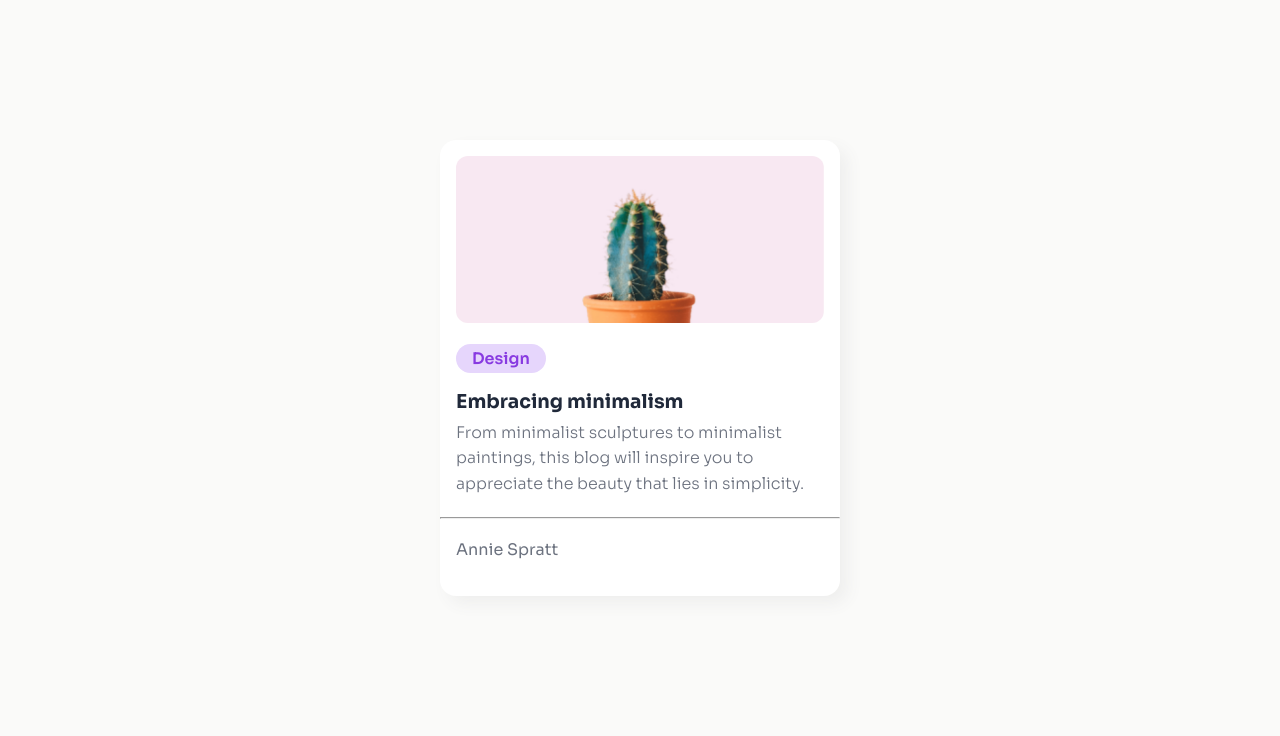
Repository: PCGP22/devChallengesio
Page: 01 - Minimal Blog Card/blogCard.html
These files come from the project's save history. The page is drawn as it stood at one moment and after the next save; the edit follows.
The browser window is 1280 px wide. The pictures show the whole page.

Above is the page before, as saved 2024-01-01 20:08:09.

### 01 - Minimal Blog Card/blogCard.html
<!DOCTYPE html>
<html lang="en">
<head>
    <link rel="stylesheet" type="text/css" href="styles.css">
    <meta charset="UTF-8">
    <meta name="viewport" content="width=device-width, initial-scale=1.0">
    <title>Document</title>
</head>
<body>
    <div class="card">
        <img src="./cactus_img.jpg" alt="cactus image">
        <p class="tag">Design</p>
        <h1>Embracing minimalism</h1>
        <p class="text">From minimalist sculptures to minimalist paintings, this blog will inspire you to appreciate the beauty that lies in simplicity.</p>
        <hr/>
        <p class="author">Annie Spratt</p>
    </div>
</body>
</html>

### 01 - Minimal Blog Card/styles.css
@import url('https://fonts.googleapis.com/css2?family=Prata&family=Sora:wght@300;400;500;600;700&display=swap');

:root{
    --purple_text: #883AE1;
    --purple_background: #E6D6FC;
    --line: #E5EAF0;
    --body_background: #FAFAF9;
    --card_background: #FFFFFF;
    --text_title: #20293A;
    --text_body: #6C727F;
    --shadow: #efefee;

    --card_width: 368px;

    font-family: 'Sora', sans-serif;;
    color: var(--text_title);
}

body{
    background-color: var(--body_background);
    display: grid;
    place-content: center;
    min-height: 100svh;
}

.card{
    background-color: var(--card_background);
    padding: 16px;
    max-width: var(--card_width);
    border-radius: 16px;
    box-shadow: var(--shadow) 8px 8px 16px;
}

.card img{
    width: 100%;
    border-radius: 12px;
}

.tag{
    display: inline-block;
    background-color: var(--purple_background);
    color: var(--purple_text);
    font-weight: 600;
    padding: 4px 16px;
    border-radius: 16px;
    margin-block: 16px;
}

h1{
    font-size: 1.2em;
    margin-top: 0;
    margin-bottom: 6px;
}

.text{
    margin-top: 0;
    margin-bottom: 20px;
    color: var(--text_body);
    font-weight: 300;
    line-height: 1.6em;
}

hr{
    color: var(--line);
    margin-inline: -16px;
    margin-block: 0;
}

.author{
    color: var(--text_body);
    margin-block: 20px;
}

After the next save:
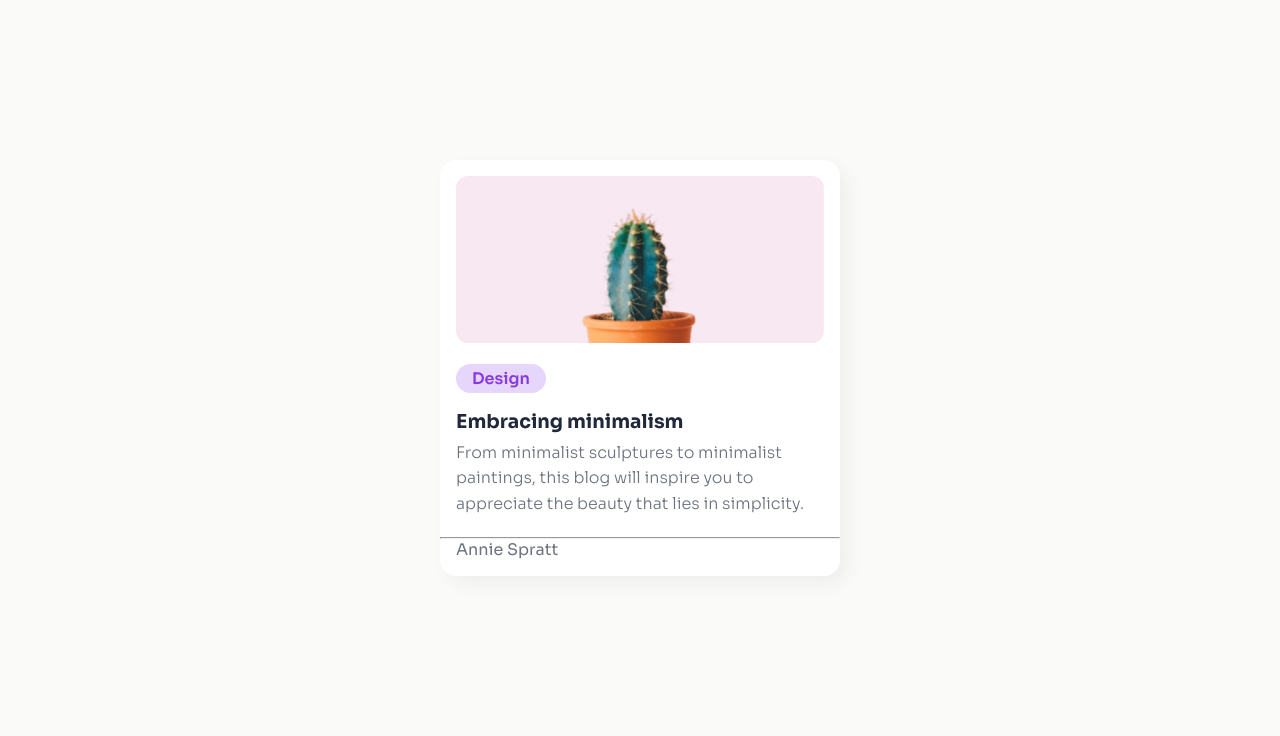
Saved 11 s later.
--- a/01 - Minimal Blog Card/styles.css
+++ b/01 - Minimal Blog Card/styles.css
@@ -68,5 +68,5 @@ hr{
 
 .author{
     color: var(--text_body);
-    margin-block: 20px;
+    margin-block: 0;
 }
